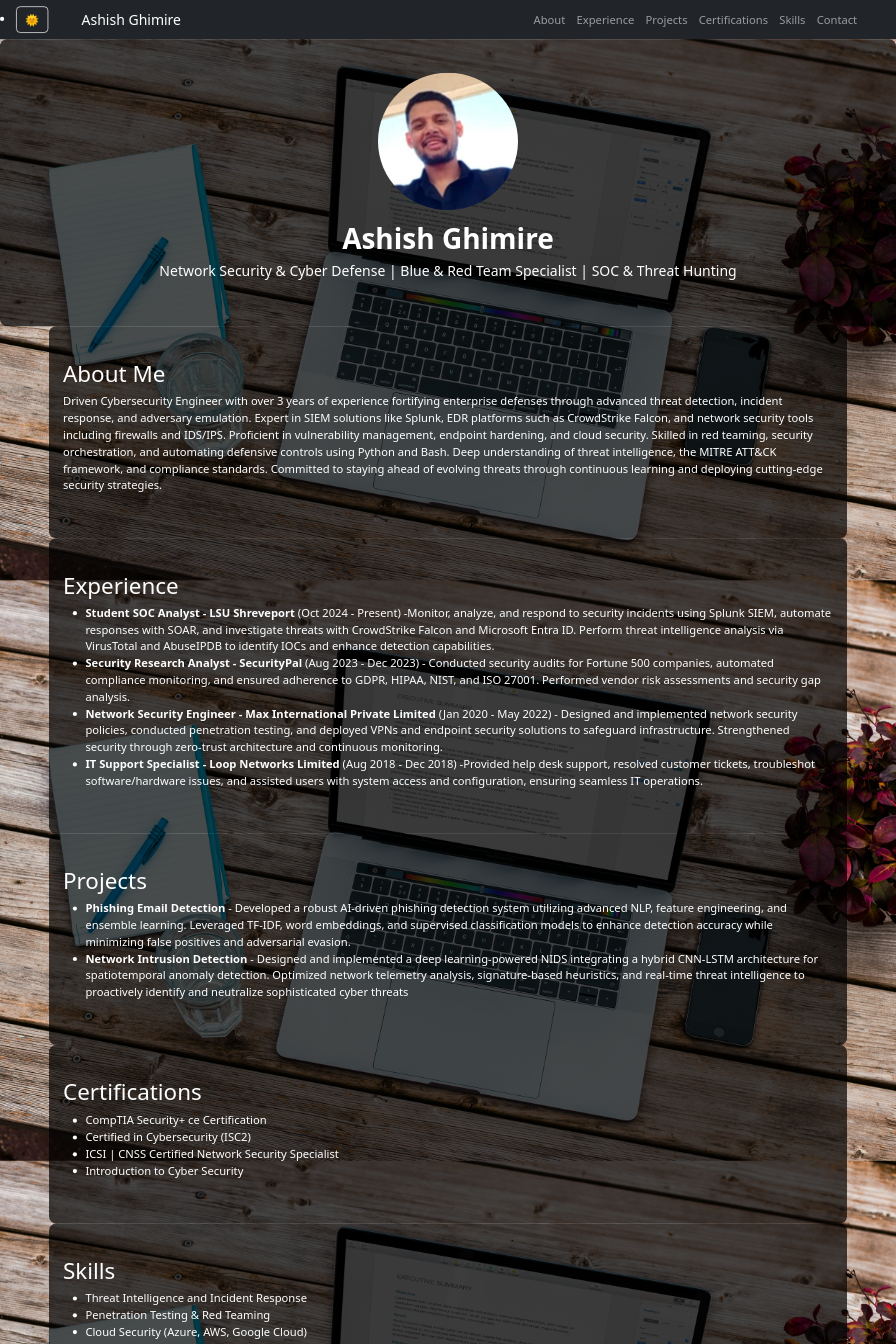
Repository: NetworkNinja11/ashishghimire.github.io
Page: index.html
An editor plug-in stored every save of this project. The page is shown before and after the next save, followed by the edit.
The browser window is 1280 px wide. The pictures show the part of the page from y = 0 to 1920 px (the page is 2753 px tall), at 70% of full size.
Backgrounds fixed to the window are drawn as part of the page.

Above is the page before, as saved 2025-03-11 02:13:33.
Not found: styles.css

### index.html
<!DOCTYPE html>
<html lang="en">
<head>
    <meta charset="UTF-8">
    <meta name="viewport" content="width=device-width, initial-scale=1.0">
    <title>Ashish Ghimire - Cybersecurity Portfolio</title>
    <link rel="stylesheet" href="styles.css">
    <script defer src="script.js"></script>
    <link href="https://cdn.jsdelivr.net/npm/bootstrap@5.3.0/dist/css/bootstrap.min.css" rel="stylesheet">
    <style>
        body {
            background: url('background1.png') no-repeat center center fixed;
            background-size: cover;
            color: white;
        }
        .content-section {
            background: rgba(0, 0, 0, 0.7);
            padding: 20px;
            border-radius: 10px;
        }
    </style>
</head>
<body>
    <nav class="navbar navbar-dark bg-dark navbar-expand-lg"><li class="nav-item">
        <button id="theme-toggle" class="btn btn-outline-light">
            <span id="theme-icon">🌞</span>
        </button>
    </li>

        <div class="container">
            <a class="navbar-brand" href="#">Ashish Ghimire</a>
            <button class="navbar-toggler" type="button" data-bs-toggle="collapse" data-bs-target="#navbarNav">
                <span class="navbar-toggler-icon"></span>
            </button>
            <div class="collapse navbar-collapse" id="navbarNav">
                <ul class="navbar-nav ms-auto">
                    <li class="nav-item"><a class="nav-link" href="#about">About</a></li>
                    <li class="nav-item"><a class="nav-link" href="#experience">Experience</a></li>
                    <li class="nav-item"><a class="nav-link" href="#projects">Projects</a></li>
                    <li class="nav-item"><a class="nav-link" href="#certifications">Certifications</a></li>
                    <li class="nav-item"><a class="nav-link" href="#skills">Skills</a></li>
                    <li class="nav-item"><a class="nav-link" href="#contact">Contact</a></li>
                </ul>
            </div>
        </div>
    </nav>

    <header class="text-center text-white py-5 content-section">
        <img src="image.png" alt="Ashish Ghimire" class="img-fluid rounded-circle" width="200">
        <h1 class="fw-bold mt-3">Ashish Ghimire</h1>
        <p class="lead">Network Security & Cyber Defense | Blue & Red Team Specialist | SOC & Threat Hunting</p>
    </header>

    <section id="about" class="container py-5 content-section">
        <h2>About Me</h2>
        <p>
            Driven Cybersecurity Engineer with over 3 years of experience fortifying enterprise defenses through advanced threat detection, incident response, and adversary emulation. Expert in SIEM solutions like Splunk, EDR platforms such as CrowdStrike Falcon, and network security tools including firewalls and IDS/IPS. Proficient in vulnerability management, endpoint hardening, and cloud security. Skilled in red teaming, security orchestration, and automating defensive controls using Python and Bash. Deep understanding of threat intelligence, the MITRE ATT&CK framework, and compliance standards. Committed to staying ahead of evolving threats through continuous learning and deploying cutting-edge security strategies.</p>
    </section>

    <section id="experience" class="container py-5 content-section">
        <h2>Experience</h2>
        <ul>
            <li><strong>Student SOC Analyst - LSU Shreveport</strong> (Oct 2024 - Present) -Monitor, analyze, and respond to security incidents using Splunk SIEM, automate responses with SOAR, and investigate threats with CrowdStrike Falcon and Microsoft Entra ID. Perform threat intelligence analysis via VirusTotal and AbuseIPDB to identify IOCs and enhance detection capabilities. </li>
            <li><strong>Security Research Analyst - SecurityPal</strong> (Aug 2023 - Dec 2023) - Conducted security audits for Fortune 500 companies, automated compliance monitoring, and ensured adherence to GDPR, HIPAA, NIST, and ISO 27001. Performed vendor risk assessments and security gap analysis.</li>
            <li><strong>Network Security Engineer - Max International Private Limited</strong> (Jan 2020 - May 2022) - Designed and implemented network security policies, conducted penetration testing, and deployed VPNs and endpoint security solutions to safeguard infrastructure. Strengthened security through zero-trust architecture and continuous monitoring.</li>
            <li><strong>IT Support Specialist - Loop Networks Limited</strong> (Aug 2018 - Dec 2018) -Provided help desk support, resolved customer tickets, troubleshot software/hardware issues, and assisted users with system access and configuration, ensuring seamless IT operations. </li>
        </ul>
    </section>

    <section id="projects" class="container py-5 content-section">
        <h2>Projects</h2>
        <ul>
            <li><strong>Phishing Email Detection</strong> - Developed a robust AI-driven phishing detection system utilizing advanced NLP, feature engineering, and ensemble learning. Leveraged TF-IDF, word embeddings, and supervised classification models to enhance detection accuracy while minimizing false positives and adversarial evasion.</li>
            <li><strong>Network Intrusion Detection</strong> - Designed and implemented a deep learning-powered NIDS integrating a hybrid CNN-LSTM architecture for spatiotemporal anomaly detection. Optimized network telemetry analysis, signature-based heuristics, and real-time threat intelligence to proactively identify and neutralize sophisticated cyber threats</li>

        </ul>
    </section>

    <section id="certifications" class="container py-5 content-section">
        <h2>Certifications</h2>
        <ul>
            <li>CompTIA Security+ ce Certification</li>
            <li>Certified in Cybersecurity (ISC2)</li>
            <li>ICSI | CNSS Certified Network Security Specialist</li>
            <li>Introduction to Cyber Security</li>
        </ul>
    </section>

    <section id="skills" class="container py-5 content-section">
        <h2>Skills</h2>
        <ul>
            <li>Threat Intelligence and Incident Response</li>
            <li>Penetration Testing & Red Teaming</li>
            <li>Cloud Security (Azure, AWS, Google Cloud)</li>
            <li>Network Infrastructure and Security Hardening</li>
            <li>Python & Bash Scripting for Security Automation</li>
            <li>Cyber Risk Management & Compliance</li>
        </ul>
    </section>

    <section id="contact" class="container py-5 content-section">
        <h2>Contact</h2>
        <p>Email: <a href="mailto:ashishghmr87@gmail.com">ashishghmr87@gmail.com</a> , <a href="mailto:pingacis@gmail.com">pingacis@gmail.com</a></p>
        <p>LinkedIn: <a href="https://www.linkedin.com/in/ashish-ghimire-96755b179/" target="_blank">linkedin.com/in/ashish-ghimire</a></p>
    </section>

    <section id="resume-request" class="container py-5 content-section">
        <h2>Request Access to My Resume</h2>
        <p>To request access, please provide your company details. I will review your request and respond accordingly.</p>

        <form id="resumeRequestForm" action="https://formspree.io/f/YOUR_FORMSPREE_ID" method="POST">
            <div class="mb-3">
                <label for="companyName" class="form-label">Company Name</label>
                <input type="text" name="Company Name" id="companyName" class="form-control" placeholder="Enter your company name" required>
            </div>
            <div class="mb-3">
                <label for="email" class="form-label">Work Email</label>
                <input type="email" name="Work Email" id="email" class="form-control" placeholder="Enter your company email" required>
            </div>
            <input type="hidden" name="_subject" value="New Resume Access Request">
            <input type="hidden" name="_cc" value="pingacis@gmail.com">
            <button type="submit" class="btn btn-warning">🔒 Request Resume Access</button>
        </form>

        <p id="requestMessage" class="mt-3"></p>
    </section>



    <footer class="text-center bg-dark text-white py-3">
        <p>&copy; 2025 Ashish Ghimire. All Rights Reserved.</p>
    </footer>

    <script src="https://cdn.jsdelivr.net/npm/bootstrap@5.3.0/dist/js/bootstrap.bundle.min.js"></script>
</body>
</html>

### script.js
document.addEventListener("DOMContentLoaded", function () {
    // Smooth Scrolling
    document.querySelectorAll('a[href^="#"]').forEach(anchor => {
        anchor.addEventListener("click", function (e) {
            e.preventDefault();
            document.querySelector(this.getAttribute("href")).scrollIntoView({
                behavior: "smooth"
            });
        });
    });

    // Dark Mode Toggle
    const toggleButton = document.getElementById("theme-toggle");
    const themeIcon = document.getElementById("theme-icon");
    const body = document.body;

    // Function to toggle dark mode
    function toggleDarkMode() {
        body.classList.toggle("dark-mode");

        // Change button icon
        if (body.classList.contains("dark-mode")) {
            localStorage.setItem("theme", "dark");
            themeIcon.textContent = "🌙";
        } else {
            localStorage.setItem("theme", "light");
            themeIcon.textContent = "🌞";
        }
    }

    // Load saved theme preference on page load
    if (localStorage.getItem("theme") === "dark") {
        body.classList.add("dark-mode");
        themeIcon.textContent = "🌙"; // Set icon correctly on page load
    }

    // Ensure button is clickable
    if (toggleButton) {
        toggleButton.addEventListener("click", toggleDarkMode);
    }
});

After the next save:
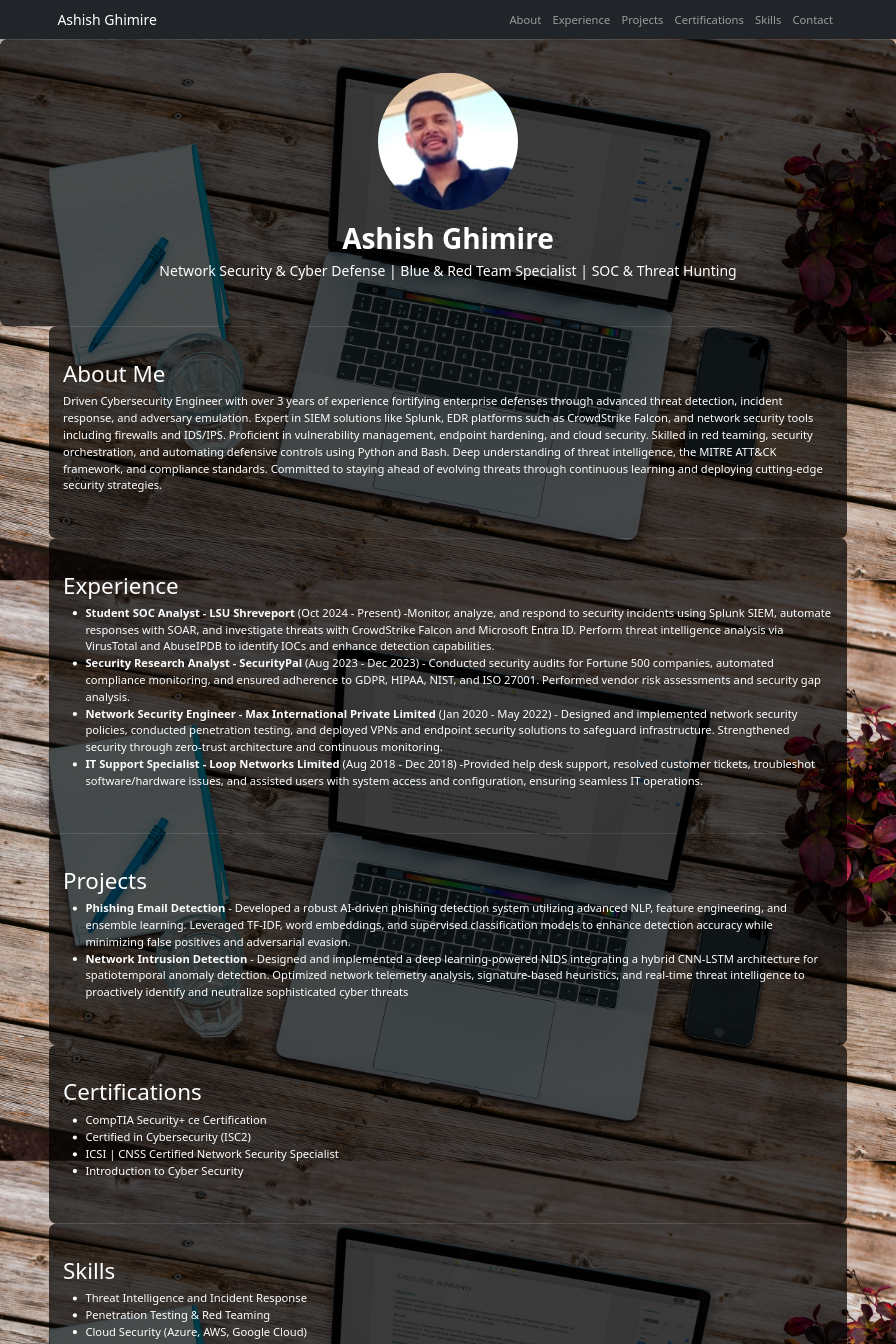
Saved 2 min 13 s later.
--- a/index.html
+++ b/index.html
@@ -21,12 +21,7 @@
     </style>
 </head>
 <body>
-    <nav class="navbar navbar-dark bg-dark navbar-expand-lg"><li class="nav-item">
-        <button id="theme-toggle" class="btn btn-outline-light">
-            <span id="theme-icon">🌞</span>
-        </button>
-    </li>
-
+    <nav class="navbar navbar-dark bg-dark navbar-expand-lg">
         <div class="container">
             <a class="navbar-brand" href="#">Ashish Ghimire</a>
             <button class="navbar-toggler" type="button" data-bs-toggle="collapse" data-bs-target="#navbarNav">
